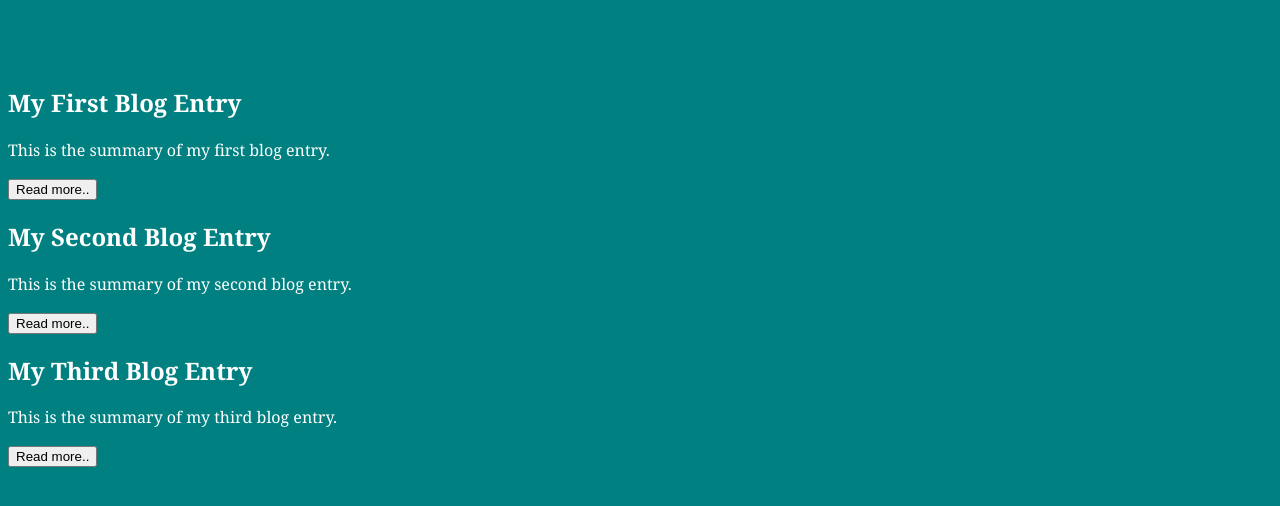
Repository: deniseada/class1
Page: /
The author's editor kept a copy of each file at every save. The page is drawn from the files as they stood at one save, then again after a run of saves.
The browser window is 1280 px wide. The pictures show the whole page.
The project was rebuilt for these pictures with package versions that can differ from the ones it lists, and the page was loaded fresh each time. Also part of the build but not shown: vite.config.js.

Above is the page before, as saved 2025-09-10 13:59:55.

### index.html
<!DOCTYPE html>
<html lang="en">
  <head>
    <meta charset="UTF-8" />
    <!-- <link rel="icon" type="image/svg+xml" href="/vite.svg" />
-->
    <link rel="icon" type="image/png" href="/favicon.ico" />
    <meta name="viewport" content="width=device-width, initial-scale=1.0" />
    <title>class1-React</title>
  </head>
  <body>
    <div id="root"></div>
    <script type="module" src="/src/main.jsx"></script>
  </body>
</html>

### src/index.css
html {
  font-family: Georgia, "Times New Roman", Times, serif;
  background-color: teal;
  color: white;
}
h1 {
  color: teal;
  text-align: center;
}

### src/App.jsx
import BlogEntry from "./BlogEntry";

function App() {
  return (
    <div>
      <h1>My Blog</h1>
      <BlogEntry
        title="My First Blog Entry"
        summary="This is the summary of my first blog entry."
      />
      <BlogEntry
        title="My Second Blog Entry"
        summary="This is the summary of my second blog entry."
      />
      <BlogEntry
        title="My Third Blog Entry"
        summary="This is the summary of my third blog entry."
      />
    </div>
  );
}

export default App;

### src/BlogEntry.jsx
function BlogEntry(props) {
  const buttonLabel = "Read more..";
  return (
    <div>
      <h2>{props.title}</h2>
      <p>{props.summary}</p>
      <button>{buttonLabel}</button>
    </div>
  );
}

export default BlogEntry;

Loaded but not shown: src/main.jsx (common file)

After the next 5 saves:
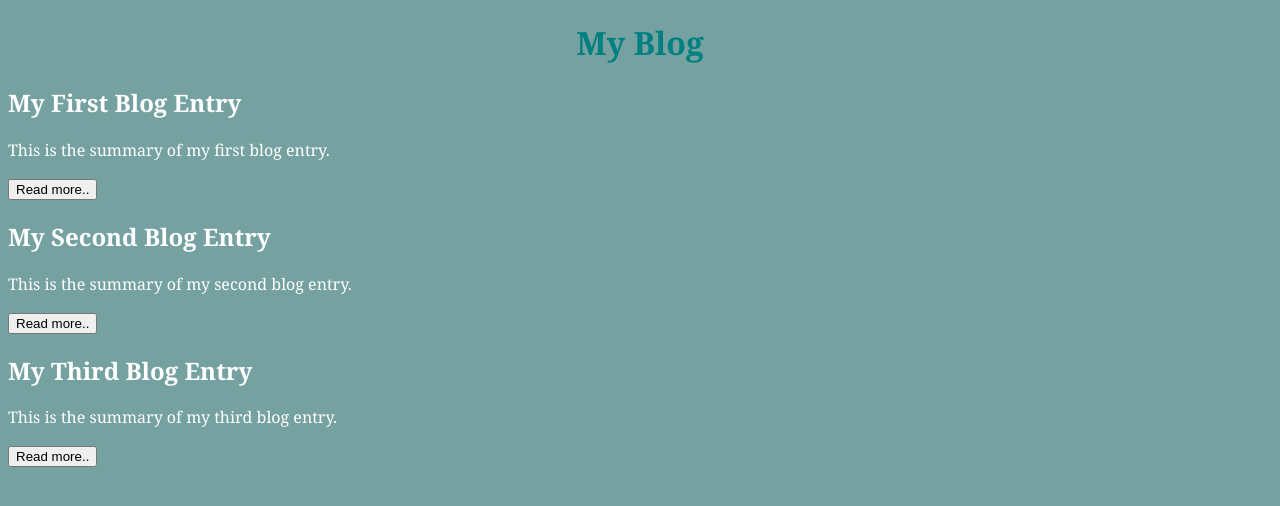
The 5 saves are shown as one change because they came seconds apart.
The last was saved 11 s later.
--- a/src/index.css
+++ b/src/index.css
@@ -1,6 +1,6 @@
 html {
   font-family: Georgia, "Times New Roman", Times, serif;
-  background-color: teal;
+  background-color: rgb(118, 161, 161);
   color: white;
 }
 h1 {
